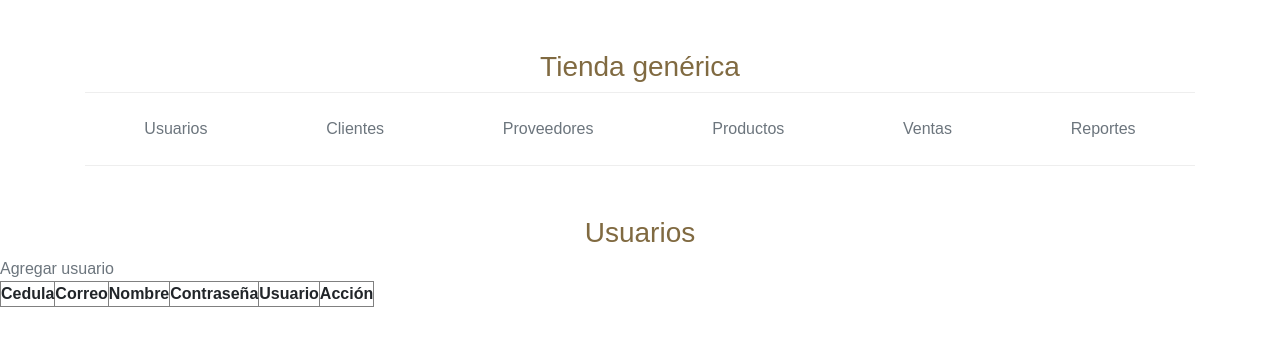
Repository: andresrojas686/tiendaGenericaMintic
Page: http://localhost/primerJSP/usuarios.jsp
The author's editor kept a copy of each file at every save. The page is drawn from the files as they stood at one save, then again after the next save.
The browser window is 1280 px wide. The pictures show the whole page.
The page is served by Tomcat 9. Queries for data that is not in the repository find no rows.

Above is the page before, as saved 2021-09-15 19:43:07.

After the next save:
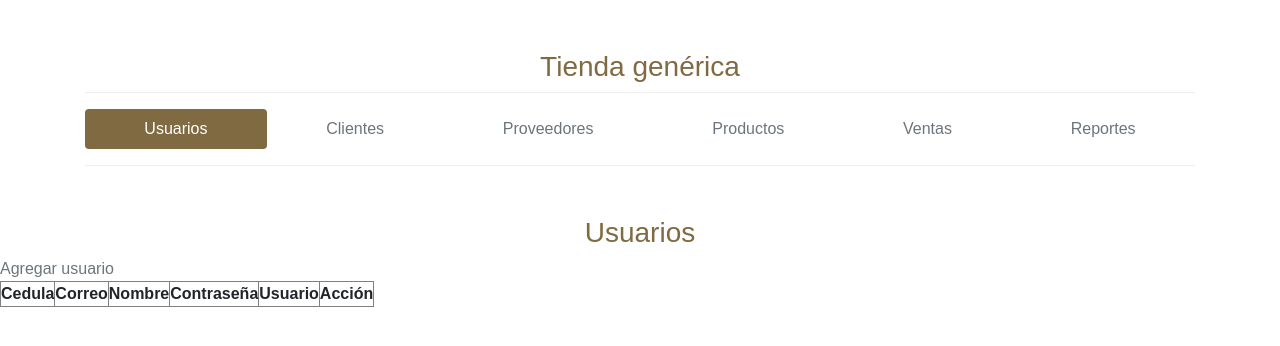
Saved 15 s later.
--- a/primerJSP/src/main/webapp/usuarios.jsp
+++ b/primerJSP/src/main/webapp/usuarios.jsp
@@ -20,7 +20,7 @@
                     <div class="border-top border-bottom py-3">
                         <ul class="nav nav-pills nav-fill">
                             <li class="nav-item">
-                                <a href="usuarios.jsp" class="nav-link">Usuarios</a>
+                                <a href="usuarios.jsp" class="nav-link active">Usuarios</a>
                             </li>
                             <li class="nav-item">
                                 <a href="clientes.jsp" class="nav-link">Clientes</a>
